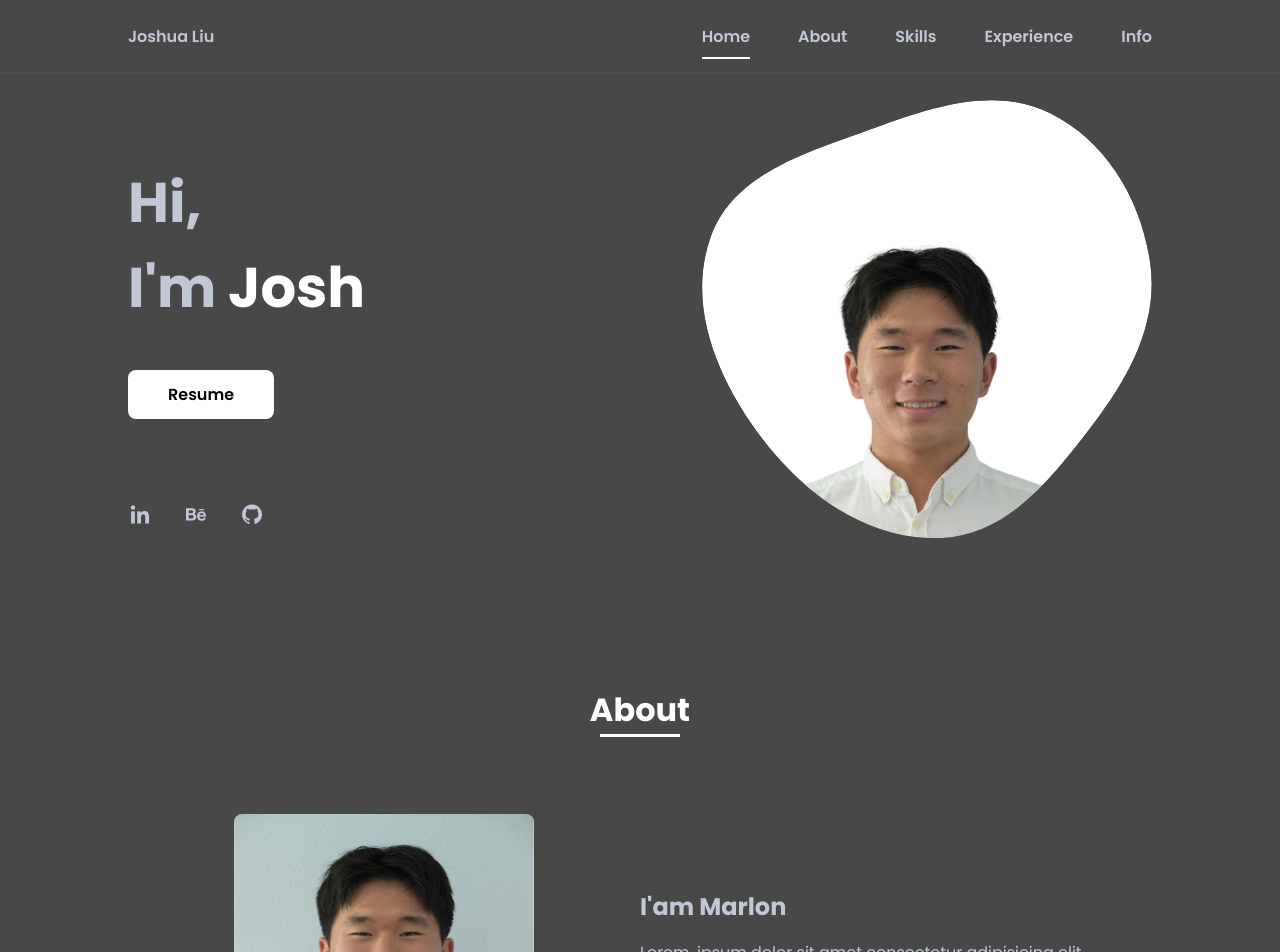
Repository: joshliu14/joshliu14.github.io
Page: index.html
An editor plug-in stored every save of this project. The page is shown before and after the next save, followed by the edit.
The browser window is 1280 px wide. The pictures show the part of the page from y = 0 to 952 px (the page is 3355 px tall).
A picture or video elsewhere on the page could not be fetched, so the positions and the page height are approximate.

Above is the page before, as saved 2024-01-31 23:39:03.

After the next save:
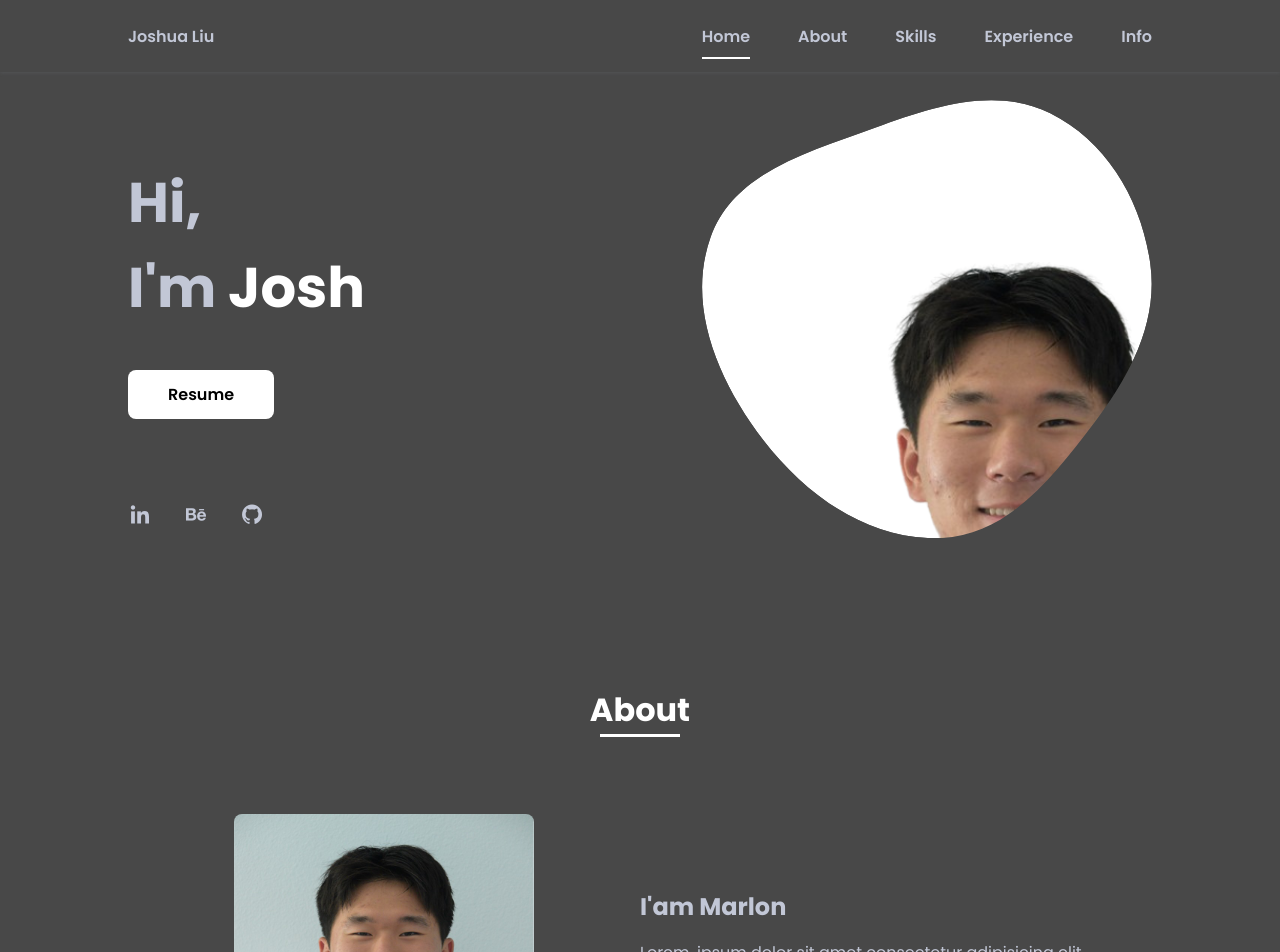
Saved 21 s later.
--- a/assets/css/web.css
+++ b/assets/css/web.css
@@ -222,8 +222,7 @@ img {
   fill: var(--first-color);
 }
 .home__blob-img {
-  width: 360px;
-  border-radius: 50%;
+  width: 560px;
 }
 
 /*BUTTONS*/
